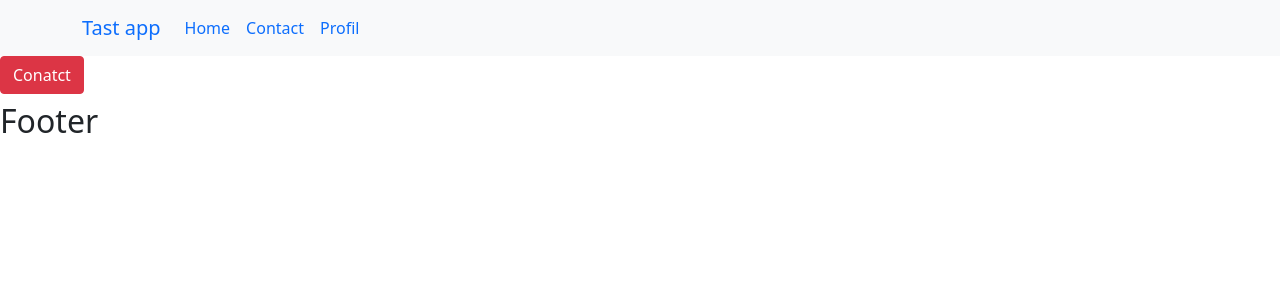
Repository: FS-23/php-getstarted
Page: http://localhost/pages/contact.php
These files come from the project's save history. The page is drawn as it stood at one moment and after the next save; the edit follows.
The browser window is 1280 px wide. The pictures show the whole page.
The page is run by PHP 8.4 with error messages shown; the project is at /var/www/html/.

Above is the page before, as saved 2022-05-31 15:28:47.

After the next save:
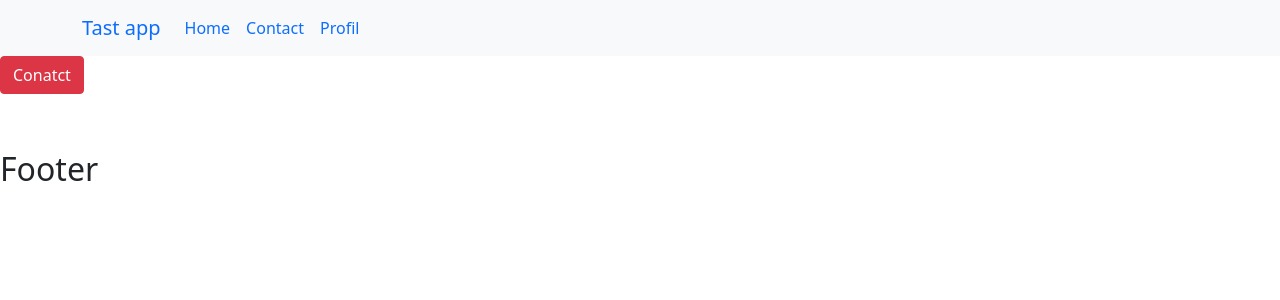
Saved 33 s later.
--- a/demoAPP/layouts/footer.php
+++ b/demoAPP/layouts/footer.php
@@ -1,4 +1,4 @@
-<div>
+<div class="mt-5">
     <h2>Footer</h2>
 </div>
 <script scr="https://cdn.jsdelivr.net/npm/bootstrap@5.1.3/dist/css/bootstrap.min.js"></script>
